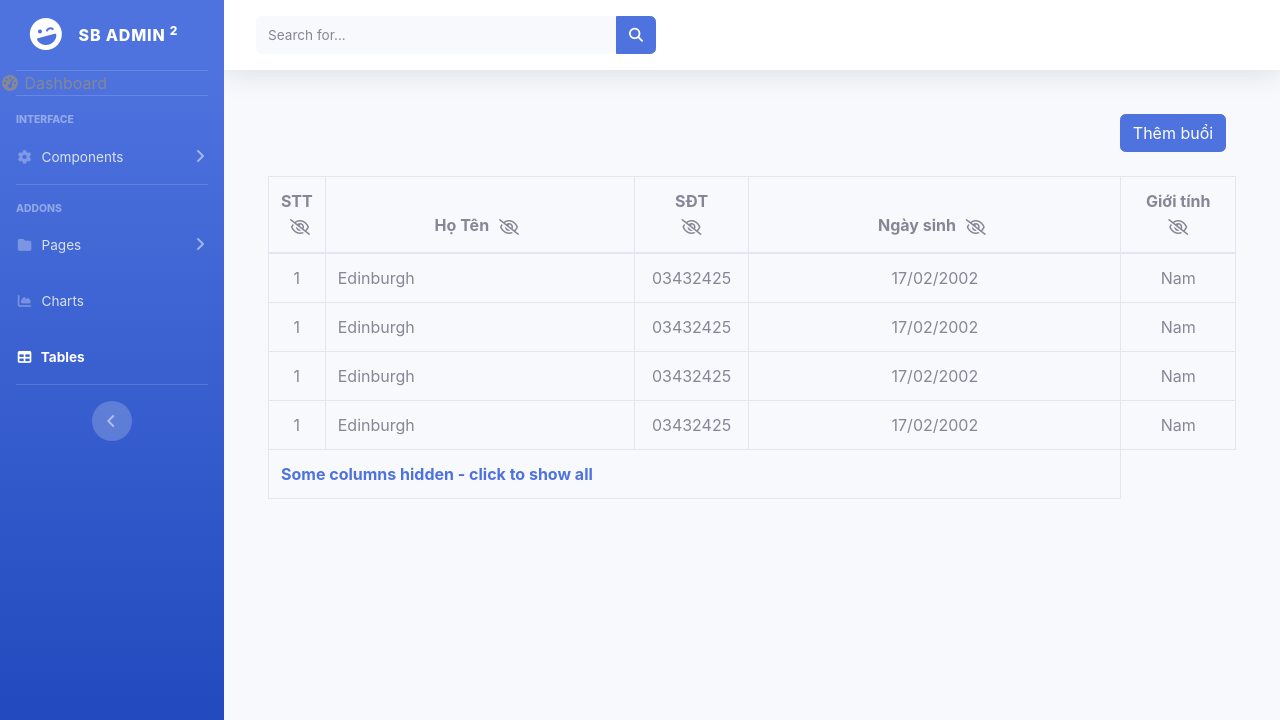
Repository: huyennvo/WebCiTEdu
Page: index.html
These files come from the project's save history. The page is drawn as it stood at one moment and after the next save; the edit follows.
The browser window is 1280 px wide. The pictures show the whole page.
Some web libraries are served in a nearby version.

Above is the page before, as saved 2022-07-30 10:03:00.

### index.html
<!DOCTYPE html>
<html lang="en">

<head>

    <meta charset="utf-8">
    <meta http-equiv="X-UA-Compatible" content="IE=edge">
    <meta name="viewport" content="width=device-width, initial-scale=1, shrink-to-fit=no">
    <meta name="description" content="">
    <meta name="author" content="">

    <title>CiT Edu</title>
    <link rel="stylesheet" href="https://cdn.jsdelivr.net/npm/bootstrap@4.6.1/dist/css/bootstrap.min.css">
    <script src="https://cdn.jsdelivr.net/npm/jquery@3.6.0/dist/jquery.slim.min.js"></script>
    <script src="https://cdn.jsdelivr.net/npm/popper.js@1.16.1/dist/umd/popper.min.js"></script>
    <script src="https://cdn.jsdelivr.net/npm/bootstrap@4.6.1/dist/js/bootstrap.bundle.min.js"></script>
    <script src="https://kit.fontawesome.com/1b99fd25e4.js" crossorigin="anonymous"></script>
</head>

<link href="vendor/fontawesome-free/css/all.min.css" rel="stylesheet" type="text/css">
<link href="./sb-admin-2.min.css" rel="stylesheet">
<style>
    /* body {
        padding: 15px;
    } */

    .table-hideable td,
    .table-hideable th {
        width: auto;
        transition: width .5s, margin .5s;
    }

    .btn-condensed.btn-condensed {
        padding: 0 5px;
        box-shadow: none;
    }
    /* use class to have a little animation */

    .hide-col {
        width: 0px !important;
        height: 0px !important;
        display: block !important;
        overflow: hidden !important;
        margin: 0 !important;
        padding: 0 !important;
        border: none !important;
    }
    .gioiTinh {
      width: 7vw !important;
    }
    th, td {
        text-align: center;
    }
    .hoTen {
        text-align: left;
    }

</style>

<!-- Custom styles for this template -->
<link href="css/sb-admin-2.min.css" rel="stylesheet">
<!--

<link href="http://maxcdn.bootstrapcdn.com/font-awesome/4.7.0/css/font-awesome.min.css" rel="stylesheet">
<link rel="stylesheet" href="css/buton.css">

<link rel="stylesheet" href="css/bootstrap.css">
<link rel="stylesheet" href="css/bootstrap.min.css">
<link rel="stylesheet" href="path/to/font-awesome/css/font-awesome.min.css">
<link href="https://cdn.jsdelivr.net/npm/bootstrap@5.2.0/dist/css/bootstrap.min.css" rel="stylesheet" integrity="sha384-gH2yIJqKdNHPEq0n4Mqa/HGKIhSkIHeL5AyhkYV8i59U5AR6csBvApHHNl/vI1Bx" crossorigin="anonymous" />
 -->

<!-- <link
href="https://cdn.jsdelivr.net/npm/bootstrap@5.2.0/dist/css/bootstrap.min.css"
rel="stylesheet"
integrity="sha384-gH2yIJqKdNHPEq0n4Mqa/HGKIhSkIHeL5AyhkYV8i59U5AR6csBvApHHNl/vI1Bx"
crossorigin="anonymous"
/> -->
<!-- <script
src="https://cdn.jsdelivr.net/npm/bootstrap@5.2.0/dist/js/bootstrap.bundle.min.js"
integrity="sha384-A3rJD856KowSb7dwlZdYEkO39Gagi7vIsF0jrRAoQmDKKtQBHUuLZ9AsSv4jD4Xa"
crossorigin="anonymous"
></script>  -->
<script src="./app.js"></script>
</head>

<body id="page-top">

    <!-- Page Wrapper -->
    <div id="wrapper">

        <!-- Sidebar -->
        <ul class="navbar-nav bg-gradient-primary sidebar sidebar-dark accordion" id="accordionSidebar">

            <!-- Sidebar - Brand -->
            <a class="sidebar-brand d-flex align-items-center justify-content-center" href="index.html">
                <div class="sidebar-brand-icon rotate-n-15">
                    <i class="fas fa-laugh-wink"></i>
                </div>
                <div class="sidebar-brand-text mx-3">SB Admin <sup>2</sup></div>
            </a>

            <!-- Divider -->
            <hr class="sidebar-divider my-0">

            <!-- Nav Item - Dashboard -->
            <li class="nav-item">
                <!-- <a class="nav-link" href="index.html"> -->
                <i class="fas fa-fw fa-tachometer-alt"></i>
                <span>Dashboard</span></a>
            </li>

            <!-- Divider -->
            <hr class="sidebar-divider">

            <!-- Heading -->
            <div class="sidebar-heading">
                Interface
            </div>

            <!-- Nav Item - Pages Collapse Menu -->
            <li class="nav-item">
                <a class="nav-link collapsed" href="#" data-toggle="collapse" data-target="#collapseTwo" aria-expanded="true" aria-controls="collapseTwo">
                    <i class="fas fa-fw fa-cog"></i>
                    <span>Components</span>
                </a>
            </li>

            <!-- Divider -->
            <hr class="sidebar-divider">

            <!-- Heading -->
            <div class="sidebar-heading">
                Addons
            </div>

            <!-- Nav Item - Pages Collapse Menu -->
            <li class="nav-item">
                <a class="nav-link collapsed" href="#" data-toggle="collapse" data-target="#collapsePages" aria-expanded="true" aria-controls="collapsePages">
                    <i class="fas fa-fw fa-folder"></i>
                    <span>Pages</span>
                </a>
            </li>

            <!-- Nav Item - Charts -->
            <li class="nav-item">
                <a class="nav-link" href="charts.html">
                    <i class="fas fa-fw fa-chart-area"></i>
                    <span>Charts</span></a>
            </li>

            <!-- Nav Item - Tables -->
            <li class="nav-item active">
                <a class="nav-link" href="tables.html">
                    <i class="fas fa-fw fa-table"></i>
                    <span>Tables</span></a>
            </li>

            <!-- Divider -->
            <hr class="sidebar-divider d-none d-md-block">

            <!-- Sidebar Toggler (Sidebar) -->
            <div class="text-center d-none d-md-inline">
                <button class="rounded-circle border-0" id="sidebarToggle"></button>
            </div>

        </ul>
        <!-- End of Sidebar -->

        <!-- Content Wrapper -->
        <div id="content-wrapper" class="d-flex flex-column">

            <!-- Main Content -->
            <div id="content">

                <!-- Topbar -->
                <nav class="navbar navbar-expand navbar-light bg-white topbar mb-4 static-top shadow">

                    <!-- Sidebar Toggle (Topbar) -->
                    <form class="form-inline">
                        <button id="sidebarToggleTop" class="btn btn-link d-md-none rounded-circle mr-3">
              <i class="fa fa-bars"></i>
            </button>
                    </form>

                    <!-- Topbar Search -->
                    <form class="d-none d-sm-inline-block form-inline mr-auto ml-md-3 my-2 my-md-0 mw-100 navbar-search">
                        <div class="input-group">
                            <input type="text" class="form-control bg-light border-0 small" placeholder="Search for..." aria-label="Search" aria-describedby="basic-addon2">
                            <div class="input-group-append">
                                <button class="btn btn-primary" type="button">
                  <i class="fas fa-search fa-sm"></i>
                </button>
                            </div>
                        </div>
                    </form>
                </nav>
                <!-- End of Topbar -->
                <!-- Begin Page Content -->
                <div class="container-fluid">
                    <div class="card-body">

                        <div class="table-responsive">
                            <button style="display: flex; position: relative;
                            left: 88%;" id="insertCol" class="btn btn-primary">Thêm buổi</button>
                            <br>
                            <table class="table table-bordered" id="dataTable" width="100%" cellspacing="0">
                                <thead style="text-align: center;">
                                    <tr id="row1">
                                        <th>
                                            STT
                                            <button style="width:2vw; text-align: centre" class="pull-right btn btn-default btn-condensed hide-column" data-toggle="tooltip" data-placement="bottom" title="Ẩn cột">
          <i class="fa fa-eye-slash"></i>
        </button>
                                        </th>

                                        <th>
                                            Họ Tên
                                            <button class="pull-right btn btn-default btn-condensed hide-column hoTen" data-toggle="tooltip" data-placement="bottom" title="Ẩn cột">
          <i class="fa fa-eye-slash"></i>
        </button>
                                        </th class="hide-col">
                                        <th>
                                            SĐT
                                            <button style="width: 7vw" class="pull-right btn btn-default btn-condensed hide-column" data-toggle="tooltip" data-placement="bottom" title="Ẩn cột">
          <i class="fa fa-eye-slash"></i>
        </button>
                                        </th>

                                        <th>
                                           Ngày sinh
                                            <button class="pull-right btn btn-default btn-condensed hide-column" data-toggle="tooltip" data-placement="bottom" title="Ẩn cột">
          <i class="fa fa-eye-slash"></i>
        </button>
                                       </th>
                                        </th class="hide-col">
                                        <th>
                                            Giới tính
                                            <button class="pull-right btn btn-default btn-condensed hide-column gioiTinh" data-toggle="tooltip" data-placement="bottom" title="Ẩn cột">
          <i class="fa fa-eye-slash"></i>
        </button>
                                        </th>

                                    </tr>
                                </thead>
                                <tbody id="myTable">


                                    <tr id="row2">
                                        <td style="width:2vw">1</td>
                                        <td class="hoTen">Edinburgh</td>
                                        <td style="width: 7vw">03432425</td>
                                        <td>17/02/2002</td>
                                        <td class="gioiTinh">Nam</td>
                                    </tr>
                                    <tr id="row3">
                                        <td style="width:3vw">1</td>
                                        <td class="hoTen">Edinburgh</td>
                                        <td style="width: 7vw">03432425</td>
                                        <td>17/02/2002</td>
                                        <td class="gioiTinh">Nam</td>
                                    </tr>
                                    <tr id="row4">
                                        <td style="width:2vw">1</td>
                                        <td class="hoTen">Edinburgh</td>
                                        <td style="width: 7vw" >03432425</td>
                                        <td>17/02/2002</td>
                                        <td class="gioiTinh">Nam</td>
                                    </tr>
                                    <tr id="row5">
                                        <td style="width:2vw">1</td>
                                        <td class="hoTen">Edinburgh</td>
                                        <td style="width: 7vw">03432425</td>
                                        <td>17/02/2002</td>
                                        <td class="gioiTinh">Nam</td>
                                    </tr>

                                </tbody>
                                <tfoot class="footer-restore-columns">
                                    <tr>
                                        <th colspan="4"><a class="restore-columns" href="#">Some columns hidden - click to show all</a></th>
                                    </tr>
                                </tfoot>
                            </table>
                        </div>
                    </div>
                </div>

            </div>
            <!-- /.container-fluid -->
        </div>
        <!-- End of Main Content -->

    </div>
    <!-- End of Content Wrapper -->

    </div>
    <!-- End of Page Wrapper -->

    <!-- Scroll to Top Button-->
    <!-- Button trigger modal -->


    <!-- Modal -->

    <div class="modal fade" id="exampleModal" tabindex="-1" aria-labelledby="exampleModalLabel" aria-hidden="true">
        <div class="modal-dialog">
            <div class="modal-content">
                <div class="modal-header">
                    <h5 class="modal-title" id="exampleModalLabel">Thông tin buổi học</h5>
                    <button type="button" class="close" data-dismiss="modal" aria-label="Close">
            <span aria-hidden="true">&times;</span>
          </button>
                </div>
                <div class="modal-body">
                    <form id="formInput-add">
                        <div class="form-group row">
                            <label class="col-md-3" for="inputName">Chủ nhiệm</label>
                            <input type="text" class="col-md-9 form-control" id="inputName" name="name" aria-describedby="emailHelp" placeholder="Tên chủ nhiệm" />
                        </div>
                        <div class="form-group row">
                            <label class="col-md-3" for="inputPrice">Trợ giảng</label>
                            <input type="" name="price" class="col-md-9 form-control" id="inputPrice" placeholder="Tên trợ giảng" />
                        </div>
                        <div class="form-group row">
                            <label class="col-md-3" for="inputDescription">Giảng viên</label>
                            <input type="" name="description" class="col-md-9 form-control" id="inputDescription" placeholder="Tên giảng viên" />
                        </div>
                        <div class="form-group row">
                            <label class="col-md-3" for="inputQuantity">Nội dung buổi học</label>

                            <input type="" name="product_site" class="col-md-9 form-control" id="inputProductSite" placeholder="" />
                            <!-- <textarea id="w3review" name="w3review" rows="4" cols="50"></textarea> -->
                        </div>
                        <div class="form-group row">
                            <label class="col-md-3" for="inputProductSite">Nhận xét</label>
                            <textarea type="" name="quantity" class="col-md-9 form-control" id="inputQuantity" placeholder=""></textarea>
                        </div>
                        <div class="modal-footer">
                            <button type="button" class="btn btn-primary">Lưu</button>
                            <button type="button" class="btn btn-secondary" data-dismiss="modal">Đóng</button>
                        </div>
                </div>
            </div>
        </div>
    </div>

</body>

</html>

### app.js
$(document).ready(function () {
  // $('#dataTable').on('click', '#select-all', function(){
  //    let a =$(this).className;
  //     console.log(a);
  //   // if ($(this).hasClass('allChecked')) {
      // $('input:checkbox[id^=a][type="checkbox"]').prop('checked', false);
  //   // } else {
  //   //   $('input:checkbox[id^=a][type="checkbox"]').prop('checked', true);
  //   // }
  //   // $(this).toggleClass('allChecked');
  // });
  // $("checkBox[id='checkbox1']")
  // $('#select-all2').click(function () {
  //   if ($(this).hasClass('allChecked')) {
  //     $('input:checkbox[id^="checkBox2"][type="checkbox"]').prop('checked', false);
  //   } else {
  //     $('input:checkbox[id^="checkBox2"][type="checkbox"]').prop('checked', true);
  //   }
  //   $(this).toggleClass('allChecked');
  // });
 // on init
 $(".table-hideable .hide-col").each(HideColumnIndex);

 // on click
 $('.hide-column').click(HideColumnIndex)

 function HideColumnIndex() {
     var $el = $(this);
     var $cell = $el.closest('th,td')
     var $table = $cell.closest('table')

     // get cell location - https://stackoverflow.com/a/4999018/1366033
     var colIndex = $cell[0].cellIndex + 1;
     // find and hide col index
     $table.find("tbody tr, thead tr")
         .children(":nth-child(" + colIndex + ")")
         .addClass('hide-col')

     // show restore footer
     $table.find(".footer-restore-columns").show()
 }

 // restore columns footer
 $(".restore-columns").click(function(e) {
     var $table = $(this).closest('table')
     $table.find(".footer-restore-columns").hide()
     $table.find("th, td")
         .removeClass('hide-col');

 })

 $('[data-toggle="tooltip"]').tooltip({
     trigger: 'hover'
 })

 let stt = 1;
 $("#insertCol").click(function(){
  let html1 = "";

  html1 +=`<th>Buổi ${stt} <button style="border: 0; background-color: #F8F9FC" data-stt="${stt}" class="checkBox${stt} select-all"><i
    class="fa-solid fa-check-double" style="color:green;"  data-toggle="tooltip" data-placement="right" title="Chọn tất cả"></i></button><br><button type="button"
    class="btn" data-toggle="modal" data-target="#exampleModal">
    Thêm
    </button>  <button class="pull-right btn btn-default btn-condensed hide-column" data-toggle="tooltip" data-placement="bottom" title="Hide Column">
    <i class="fa fa-eye-slash"></i>
    </button> </th>`;
    $("#row1").append(html1);
    for(let i = 0; i < 5; i++) {
      $(`#row${i + 2}`).append(`<td><input type="checkbox" id="checkBox${stt}" name="name" value="name">
      <select name="cars" id="cars" >
        <option value="saab" selected></option>
          <option value="saab" >Có phép</option>
          <option value="opel">Không phép</option>
          <option value="audi">Đi muộn</option>
        </select>
      </td>`);


    }


  // on init
 $(".table-hideable .hide-col").each(HideColumnIndex);

 // on click
 $('.hide-column').click(HideColumnIndex)

 function HideColumnIndex() {
     var $el = $(this);
     var $cell = $el.closest('th,td')
     var $table = $cell.closest('table')

     // get cell location - https://stackoverflow.com/a/4999018/1366033
     var colIndex = $cell[0].cellIndex + 1;
     // find and hide col index
     $table.find("tbody tr, thead tr")
         .children(":nth-child(" + colIndex + ")")
         .addClass('hide-col')

     // show restore footer
     $table.find(".footer-restore-columns").show()
 }

 // restore columns footer
 $(".restore-columns").click(function(e) {
     var $table = $(this).closest('table')
     $table.find(".footer-restore-columns").hide()
     $table.find("th, td")
         .removeClass('hide-col');

 })

 $('[data-toggle="tooltip"]').tooltip({
     trigger: 'hover'
 })
 $('.select-all').click(function () {
  let sttt = $(this).attr("data-stt");
  console.log(sttt);
  if ($(this).hasClass('allChecked')) {
    $(`input:checkbox[id^="checkBox${sttt}"][type="checkbox"]`).prop('checked', false);
  } else {
    $(`input:checkbox[id^="checkBox${sttt}"][type="checkbox"]`).prop('checked', true);
  }
  $(this).toggleClass('allChecked');
})
 stt++;
});




});

Loaded but not shown: sb-admin-2.min.css (library)

After the next save:
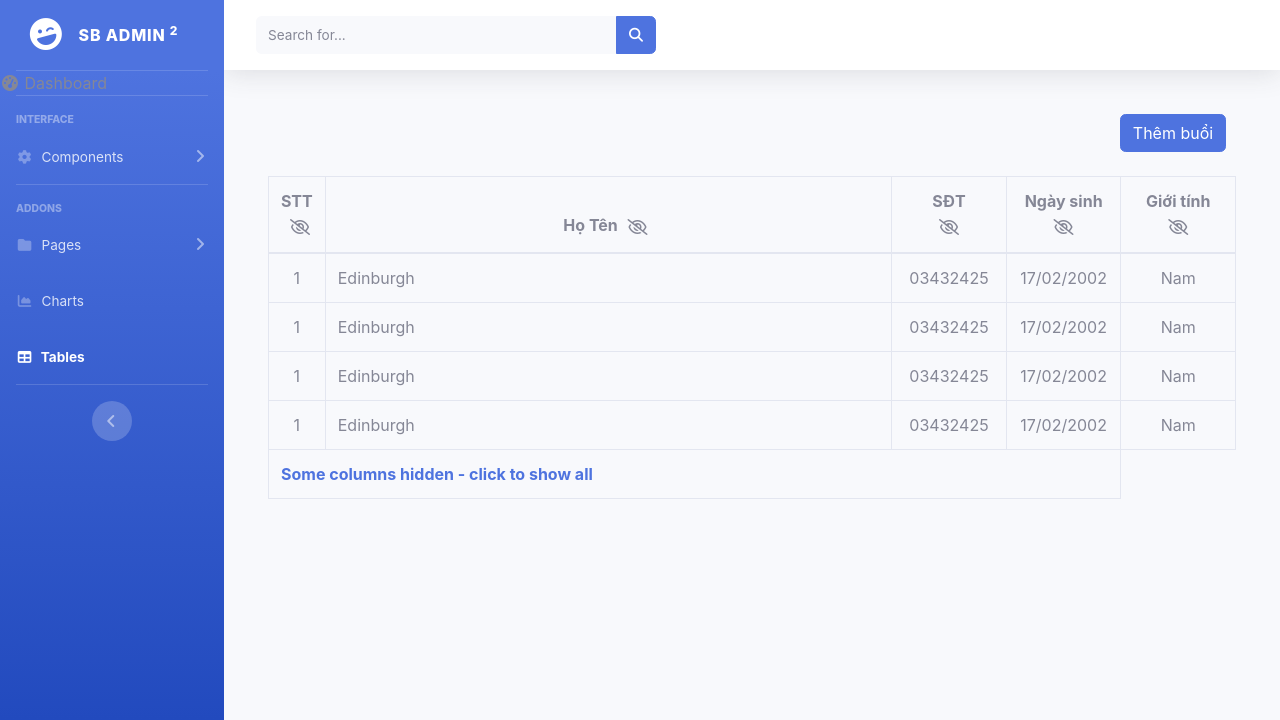
Saved 92 s later.
--- a/index.html
+++ b/index.html
@@ -47,6 +47,9 @@
     }
     .gioiTinh {
       width: 7vw !important;
+    }
+    .ngaySinh {
+        width: 7vw !important;
     }
     th, td {
         text-align: center;
@@ -229,7 +232,7 @@ crossorigin="anonymous"
 
                                         <th>
                                            Ngày sinh
-                                            <button class="pull-right btn btn-default btn-condensed hide-column" data-toggle="tooltip" data-placement="bottom" title="Ẩn cột">
+                                            <button class="pull-right btn btn-default btn-condensed hide-column ngaySinh" data-toggle="tooltip" data-placement="bottom" title="Ẩn cột">
           <i class="fa fa-eye-slash"></i>
         </button>
                                        </th>
@@ -250,28 +253,28 @@ crossorigin="anonymous"
                                         <td style="width:2vw">1</td>
                                         <td class="hoTen">Edinburgh</td>
                                         <td style="width: 7vw">03432425</td>
-                                        <td>17/02/2002</td>
+                                        <td class="ngaySinh">17/02/2002</td>
                                         <td class="gioiTinh">Nam</td>
                                     </tr>
                                     <tr id="row3">
                                         <td style="width:3vw">1</td>
                                         <td class="hoTen">Edinburgh</td>
                                         <td style="width: 7vw">03432425</td>
-                                        <td>17/02/2002</td>
+                                        <td class="ngaySinh">17/02/2002</td>
                                         <td class="gioiTinh">Nam</td>
                                     </tr>
                                     <tr id="row4">
                                         <td style="width:2vw">1</td>
                                         <td class="hoTen">Edinburgh</td>
                                         <td style="width: 7vw" >03432425</td>
-                                        <td>17/02/2002</td>
+                                        <td class="ngaySinh">17/02/2002</td>
                                         <td class="gioiTinh">Nam</td>
                                     </tr>
                                     <tr id="row5">
                                         <td style="width:2vw">1</td>
                                         <td class="hoTen">Edinburgh</td>
                                         <td style="width: 7vw">03432425</td>
-                                        <td>17/02/2002</td>
+                                        <td class="ngaySinh" >17/02/2002</td>
                                         <td class="gioiTinh">Nam</td>
                                     </tr>
 
